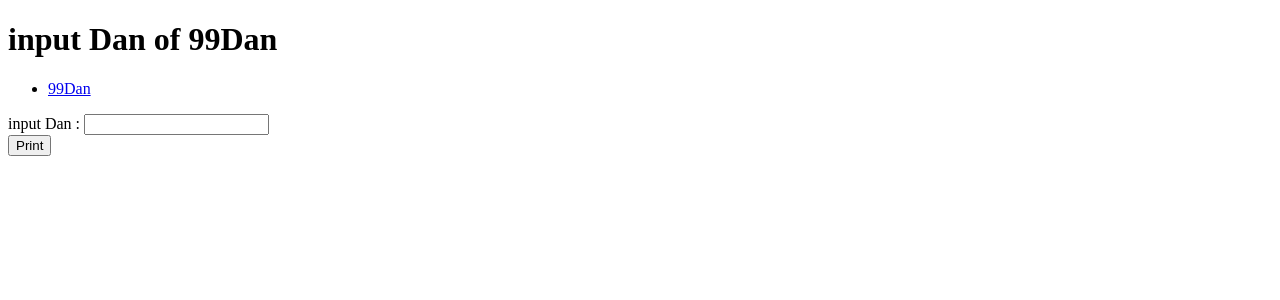
Repository: nguyentruong2303/projectJave
Page: webShop/WebContent/99Dan.html
The author's editor kept a copy of each file at every save. The page is drawn from the files as they stood at one save, then again after the next save.
The browser window is 1280 px wide. The pictures show the whole page.

Above is the page before, as saved 2020-08-11 02:59:09.

### webShop/WebContent/99Dan.html
<!DOCTYPE html>
<html>
<head>
<meta charset="UTF-8">
<title>99Dan</title>
</head>
<body>
	<h1>input Dan of  99Dan</h1>
	<ul>
		<li><a href="99Dan.html">99Dan</a>
	</ul>
	<form action="gugudan"method="get">
		input Dan : <input type="text" name="dan"> <br/>
		<input type="submit" value="Print">
	</form>
</body>
</html>

After the next save:
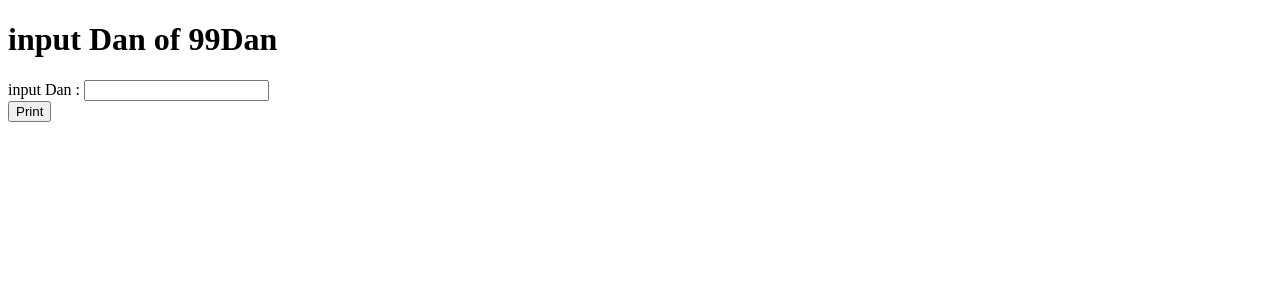
Saved 1 s later.
--- a/webShop/WebContent/99Dan.html
+++ b/webShop/WebContent/99Dan.html
@@ -6,9 +6,7 @@
 </head>
 <body>
 	<h1>input Dan of  99Dan</h1>
-	<ul>
-		<li><a href="99Dan.html">99Dan</a>
-	</ul>
+
 	<form action="gugudan"method="get">
 		input Dan : <input type="text" name="dan"> <br/>
 		<input type="submit" value="Print">
